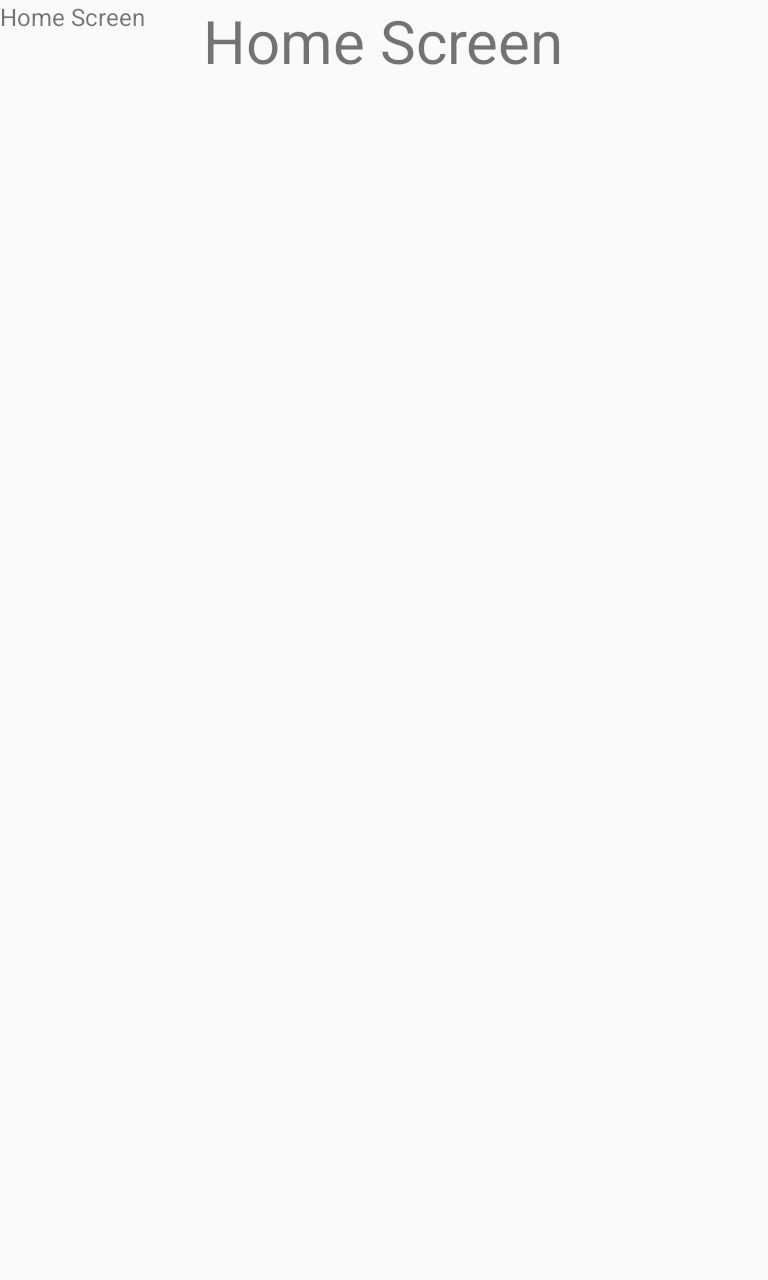
Repository: AlvaroCortez/Assigment1
Layout: SplashScreen/res/layout/activity_demo.xml
The author's editor kept a copy of each file at every save. The layout is drawn from the files as they stood at one save, then again after the next save.
It is drawn on a 768 x 1280 px phone screen (xhdpi) without system bars, with theme AppTheme; the app's code is not run. Lists and similar views that code fills are empty.

Above is the layout before, as saved 2014-04-27 19:47:35.

After the next save:
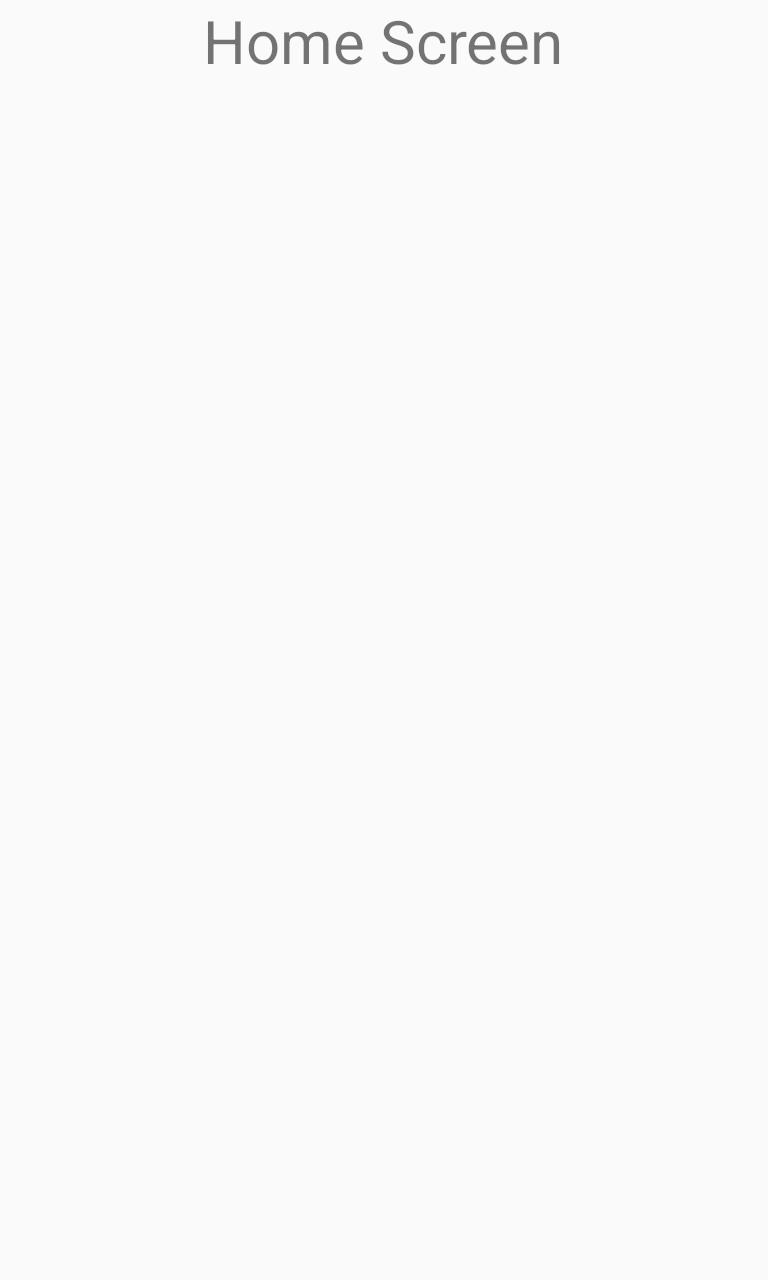
Saved 3 min 14 s later.
--- a/SplashScreen/res/layout/activity_demo.xml
+++ b/SplashScreen/res/layout/activity_demo.xml
@@ -6,19 +6,15 @@
     <TextView
         android:layout_width="wrap_content"
         android:layout_height="wrap_content"
+        android:layout_centerHorizontal="true"
         android:text="@string/demo_message"
-        android:textSize="30sp"
-        android:layout_centerHorizontal="true"/>
-    <TextView
-        android:layout_width="wrap_content"
-        android:layout_height="wrap_content"
-        android:text="@string/demo_message"
-        android:textSize="12sp" />
+        android:textSize="30sp" />
 
     <ListView
         android:id="@+id/ListView01"
         android:layout_width="wrap_content"
-        android:layout_height="wrap_content" >
+        android:layout_height="wrap_content"
+        android:layout_below="@+id/textView1" >
     </ListView>
 
 </RelativeLayout>
